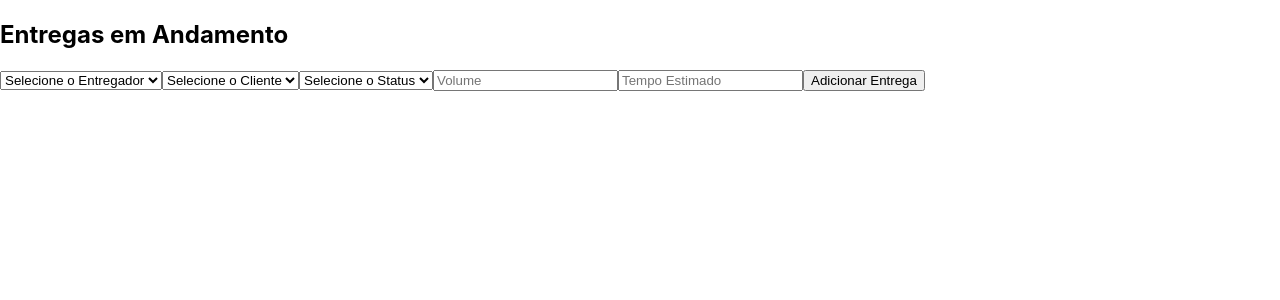
Repository: feliperanon/gestao-entregas
Page: /dashboard (app in frontend/)
An editor plug-in stored every save of this project. The page is shown before and after the next save, followed by the edit.
The browser window is 1280 px wide. The pictures show the whole page.
The page's requests for data from a server got no answer. The project was rebuilt for these pictures with package versions that can differ from the ones it lists, and the page was loaded fresh each time. No one was signed in, and anything a server would have sent is missing. Also part of the build but not shown: frontend/src/pages/Clientes.js, frontend/src/pages/Entregadores.js, frontend/src/pages/Login.js, frontend/src/pages/Status.js, frontend/src/pages/Analise.js, frontend/src/pages/History.js.

Above is the page before, as saved 2024-06-30 16:21:46.

### frontend/src/App.js
import React from 'react';
import { BrowserRouter as Router, Route, Routes } from 'react-router-dom';
import Clientes from './pages/Clientes';
import Entregadores from './pages/Entregadores';
import Dashboard from './pages/Dashboard';
import Login from './pages/Login';
import Status from './pages/Status';
import Analise from './pages/Analise';
import History from './pages/History';

const App = () => {
  return (
    <Router>
      <Routes>
        <Route path="/clientes" element={<Clientes />} />
        <Route path="/entregadores" element={<Entregadores />} />
        <Route path="/dashboard" element={<Dashboard />} />
        <Route path="/login" element={<Login />} />
        <Route path="/status" element={<Status />} />
        <Route path="/analise" element={<Analise />} />
        <Route path="/history" element={<History />} />
      </Routes>
    </Router>
  );
};

export default App;

### frontend/src/pages/Dashboard.js
import React, { useState, useEffect } from 'react';
import api from '../services/api';

const Dashboard = () => {
  const [entregas, setEntregas] = useState([]);
  const [entregadores, setEntregadores] = useState([]);
  const [clientes, setClientes] = useState([]);
  const [statusList, setStatusList] = useState([]);
  const [form, setForm] = useState({ nomeEntregador: '', cliente: '', volume: '', status: 'Em andamento', tempoEstimado: '' });

  useEffect(() => {
    const fetchEntregas = async () => {
      try {
        const token = localStorage.getItem('token');
        const response = await api.get('/entregas', {
          headers: { Authorization: `Bearer ${token}` }
        });
        setEntregas(response.data.filter(entrega => entrega.status === 'Em andamento').map(entrega => ({
          ...entrega,
          tempoDecorrido: calculateTempoDecorrido(entrega.dataInicio)
        })));
      } catch (error) {
        console.error('Error fetching entregas:', error);
      }
    };

    const fetchEntregadores = async () => {
      try {
        const token = localStorage.getItem('token');
        const response = await api.get('/entregadores', {
          headers: { Authorization: `Bearer ${token}` }
        });
        setEntregadores(response.data);
      } catch (error) {
        console.error('Error fetching entregadores:', error);
      }
    };

    const fetchClientes = async () => {
      try {
        const token = localStorage.getItem('token');
        const response = await api.get('/clientes', {
          headers: { Authorization: `Bearer ${token}` }
        });
        setClientes(response.data);
      } catch (error) {
        console.error('Error fetching clientes:', error);
      }
    };

    const fetchStatusList = async () => {
      try {
        const token = localStorage.getItem('token');
        const response = await api.get('/status', {
          headers: { Authorization: `Bearer ${token}` }
        });
        setStatusList(response.data);
      } catch (error) {
        console.error('Error fetching status list:', error);
      }
    };

    fetchEntregas();
    fetchEntregadores();
    fetchClientes();
    fetchStatusList();

    const intervalId = setInterval(() => {
      setEntregas((prevEntregas) =>
        prevEntregas.map((entrega) => ({
          ...entrega,
          tempoDecorrido: calculateTempoDecorrido(entrega.dataInicio)
        }))
      );
    }, 60000); // Atualiza a cada minuto

    return () => clearInterval(intervalId); // Limpa o intervalo quando o componente desmonta
  }, []);

  const calculateTempoDecorrido = (dataInicio) => {
    const now = new Date();
    const inicio = new Date(dataInicio);
    const diffInMinutes = Math.floor((now - inicio) / 60000); // Calcula a diferença em minutos
    return diffInMinutes;
  };

  const handleChange = (e) => {
    setForm({ ...form, [e.target.name]: e.target.value });
  };

  const handleSubmit = async (e) => {
    e.preventDefault();
    try {
      const entregadorExistente = entregas.find(entrega => entrega.nomeEntregador === form.nomeEntregador);
      if (entregadorExistente) {
        alert('O entregador já está em uma rotina de entrega.');
        return;
      }

      const token = localStorage.getItem('token');
      const novaEntrega = {
        ...form,
        dataInicio: new Date().toISOString() // Adiciona a data e hora de início
      };
      const response = await api.post('/entregas', novaEntrega, {
        headers: { Authorization: `Bearer ${token}` }
      });
      setEntregas([...entregas, { ...response.data, tempoDecorrido: calculateTempoDecorrido(response.data.dataInicio) }]);
      setForm({ nomeEntregador: '', cliente: '', volume: '', status: 'Em andamento', tempoEstimado: '' });
    } catch (error) {
      console.error('Error adding entrega:', error);
    }
  };

  const handleFinalize = async (id) => {
    try {
      const token = localStorage.getItem('token');
      await api.put(`/entregas/${id}`, { status: 'Finalizada' }, {
        headers: { Authorization: `Bearer ${token}` }
      });
      setEntregas(entregas.filter(entrega => entrega._id !== id));
    } catch (error) {
      console.error('Error finalizing entrega:', error);
    }
  };

  const handleDelete = async (id) => {
    try {
      const token = localStorage.getItem('token');
      await api.delete(`/entregas/${id}`, {
        headers: { Authorization: `Bearer ${token}` }
      });
      setEntregas(entregas.filter(entrega => entrega._id !== id));
    } catch (error) {
      console.error('Error deleting entrega:', error);
    }
  };

  return (
    <div>
      <h2>Entregas em Andamento</h2>
      <form onSubmit={handleSubmit}>
        <select name="nomeEntregador" value={form.nomeEntregador} onChange={handleChange} required>
          <option value="">Selecione o Entregador</option>
          {entregadores.map((entregador) => (
            <option key={entregador._id} value={entregador.nome}>{entregador.nome}</option>
          ))}
        </select>
        <select name="cliente" value={form.cliente} onChange={handleChange} required>
          <option value="">Selecione o Cliente</option>
          {clientes.map((cliente) => (
            <option key={cliente._id} value={cliente.nome}>{cliente.nome}</option>
          ))}
        </select>
        <select name="status" value={form.status} onChange={handleChange} required>
          <option value="">Selecione o Status</option>
          {statusList.map((status) => (
            <option key={status._id} value={status.nome}>{status.nome}</option>
          ))}
        </select>
        <input name="volume" value={form.volume} onChange={handleChange} placeholder="Volume" required />
        <input name="tempoEstimado" value={form.tempoEstimado} onChange={handleChange} placeholder="Tempo Estimado" required />
        <button type="submit">Adicionar Entrega</button>
      </form>
      <ul>
        {entregas.map((entrega) => (
          <li key={entrega._id}>
            <span>{entrega.nomeEntregador} - {entrega.cliente} - {entrega.volume} - {entrega.status} - {entrega.tempoEstimado} minutos - Tempo Em Andamento: {entrega.tempoDecorrido} minutos</span>
            <button onClick={() => handleFinalize(entrega._id)}>Finalizar Entrega</button>
            <button onClick={() => handleDelete(entrega._id)}>Excluir Entrega</button>
          </li>
        ))}
      </ul>
    </div>
  );
};

export default Dashboard;

### frontend/src/services/api.js
import axios from 'axios';

const api = axios.create({
  baseURL: 'http://localhost:5003'
});

export default api;

Loaded but not shown: frontend/public/index.html (common file); frontend/src/index.js (common file); frontend/src/index.css (common file); frontend/src/reportWebVitals.js (common file)

After the next save:
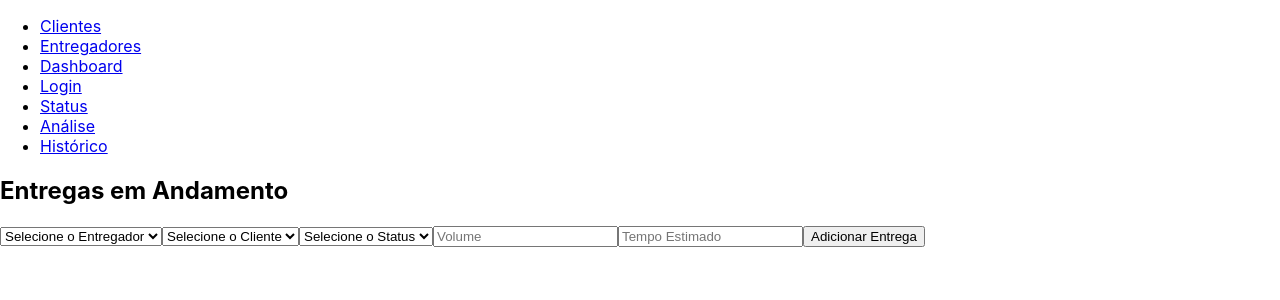
Saved 2 min 17 s later.
--- a/frontend/src/App.js
+++ b/frontend/src/App.js
@@ -1,5 +1,5 @@
 import React from 'react';
-import { BrowserRouter as Router, Route, Routes } from 'react-router-dom';
+import { BrowserRouter as Router, Route, Routes, Link } from 'react-router-dom';
 import Clientes from './pages/Clientes';
 import Entregadores from './pages/Entregadores';
 import Dashboard from './pages/Dashboard';
@@ -11,15 +11,42 @@ import History from './pages/History';
 const App = () => {
   return (
     <Router>
-      <Routes>
-        <Route path="/clientes" element={<Clientes />} />
-        <Route path="/entregadores" element={<Entregadores />} />
-        <Route path="/dashboard" element={<Dashboard />} />
-        <Route path="/login" element={<Login />} />
-        <Route path="/status" element={<Status />} />
-        <Route path="/analise" element={<Analise />} />
-        <Route path="/history" element={<History />} />
-      </Routes>
+      <div>
+        <nav>
+          <ul>
+            <li>
+              <Link to="/clientes">Clientes</Link>
+            </li>
+            <li>
+              <Link to="/entregadores">Entregadores</Link>
+            </li>
+            <li>
+              <Link to="/dashboard">Dashboard</Link>
+            </li>
+            <li>
+              <Link to="/login">Login</Link>
+            </li>
+            <li>
+              <Link to="/status">Status</Link>
+            </li>
+            <li>
+              <Link to="/analise">Análise</Link>
+            </li>
+            <li>
+              <Link to="/history">Histórico</Link>
+            </li>
+          </ul>
+        </nav>
+        <Routes>
+          <Route path="/clientes" element={<Clientes />} />
+          <Route path="/entregadores" element={<Entregadores />} />
+          <Route path="/dashboard" element={<Dashboard />} />
+          <Route path="/login" element={<Login />} />
+          <Route path="/status" element={<Status />} />
+          <Route path="/analise" element={<Analise />} />
+          <Route path="/history" element={<History />} />
+        </Routes>
+      </div>
     </Router>
   );
 };
